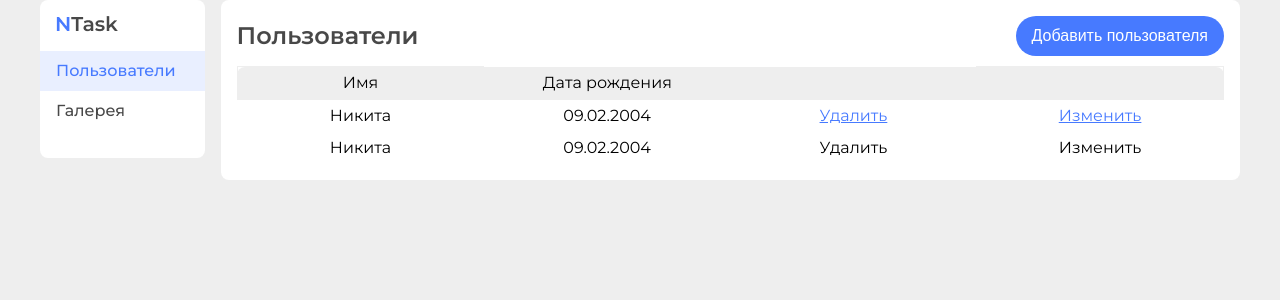
Repository: Grid-Master/NTask
Page: /
An editor plug-in stored every save of this project. The page is shown before and after the next save, followed by the edit.
The browser window is 1280 px wide. The pictures show the whole page.
The project was rebuilt for these pictures with package versions that can differ from the ones it lists, and the page was loaded fresh each time.

Above is the page before, as saved 2023-06-05 11:22:03.

### public/index.html
<!DOCTYPE html>
<html lang="en">
  <head>
    <meta charset="utf-8" />
    <link rel="icon" href="%PUBLIC_URL%/favicon.ico" />
    <meta name="viewport" content="width=device-width, initial-scale=1" />
    <meta name="theme-color" content="#000000" />
    <meta name="description" content="Web site created using create-react-app" />
    <link rel="apple-touch-icon" href="%PUBLIC_URL%/logo192.png" />
    <link rel="preconnect" href="https://fonts.googleapis.com" />
    <link rel="preconnect" href="https://fonts.gstatic.com" crossorigin />
    <link
      href="https://fonts.googleapis.com/css2?family=Montserrat:wght@300;400;500;600;700&display=swap"
      rel="stylesheet" />
    <link rel="manifest" href="%PUBLIC_URL%/manifest.json" />
    <title>React App</title>
  </head>
  <body>
    <noscript>You need to enable JavaScript to run this app.</noscript>
    <div id="root"></div>
  </body>
</html>

### src/index.css
html, body, div, span, applet, object, iframe,
h1, h2, h3, h4, h5, h6, p, blockquote, pre,
a, abbr, acronym, address, big, cite, code,
del, dfn, em, img, ins, kbd, q, s, samp,
small, strike, strong, sub, sup, tt, var,
b, u, i, center,
dl, dt, dd, ol, ul, li,
fieldset, form, label, legend,
table, caption, tbody, tfoot, thead, tr, th, td,
article, aside, canvas, details, embed,
figure, figcaption, footer, header, hgroup,
menu, nav, output, ruby, section, summary,
time, mark, audio, video {
	margin: 0;
	padding: 0;
	border: 0;
	font-size: 100%;
	font: inherit;
	vertical-align: baseline;
}
/* HTML5 display-role reset for older browsers */
article, aside, details, figcaption, figure,
footer, header, hgroup, menu, nav, section {
	display: block;
}
body {
	line-height: 1;
}
ol, ul {
	list-style: none;
}
blockquote, q {
	quotes: none;
}
blockquote:before, blockquote:after,
q:before, q:after {
	content: '';
	content: none;
}
table {
	border-collapse: collapse;
}
body {
  margin: 0;
  font-family: Montserrat;
  background: #EEEEEE;
  max-width: 1200px;
  margin: 0 auto;

}

code {
  font-family: source-code-pro, Menlo, Monaco, Consolas, 'Courier New',
    monospace;
}

### src/App.tsx
import './App.css';
import Navbar from './components/navabar/Navbar';
import UserList from './components/userList/UserList';

function App() {
  return (
    <div className="App">
      <Navbar />
      <UserList />
    </div>
  );
}

export default App;

### src/App.css
.App {
  display: flex;
  align-items:start;
  gap: 16px;
}

### src/components/navabar/Navbar.tsx
import { FC } from 'react';
import './navbar.sass';
const logo = require('../../images/logo.png');

const Navbar: FC = () => {
  return (
    <div className="navbar">
      <div className="navbar__imagecontainer">
        <img src={logo} alt="logo" />
      </div>
      <div className="navbar__item navbar__active">Пользователи</div>
      <div className="navbar__item">Галерея</div>
    </div>
  );
};

export default Navbar;

### src/components/userList/UserList.tsx
import React, { FC } from 'react';
import './userList.sass';

const UserList: FC = () => {
  return (
    <div className="userList">
      <div>
        <h1 className="userList__title">Пользователи</h1>
        <button className="userList__addUserBtn">Добавить пользователя</button>
      </div>
      <table className="userList__table">
        <tr className="userList__table-info">
          <td>Имя</td>
          <td>Дата рождения</td>
          <td></td>
          <td></td>
        </tr>
        <tr>
          <td>Никита</td>
          <td>09.02.2004</td>
          <td className="userList__table-btn">Удалить</td>
          <td className="userList__table-btn">Изменить</td>
        </tr>
        <tr>
          <td>Никита</td>
          <td>09.02.2004</td>
          <td>Удалить</td>
          <td>Изменить</td>
        </tr>
      </table>
    </div>
  );
};

export default UserList;

### src/components/navabar/navbar.sass
.navbar
    width: 200px
    height: 158px
    background: #FFFFFF
    border-radius: 8px
    &__imagecontainer
        padding: 16px 0
        margin-left: 16px
    &__item
        padding: 8px 16px
        cursor: pointer
        font-weight: 500
        font-size: 16px
        line-height: 150%
        color: #484848
    &__active
        background: #E9EFFF
        color: #477AFF

### src/components/userList/userList.sass
.userList
    width: 100%
    background: #FFFFFF
    border-radius: 8px
    padding: 16px
    >div
        display: flex
        align-items: center
        justify-content: space-between
    &__title
        font-weight: 600
        font-size: 24px
        line-height: 150%
        color: #484848
    &__addUserBtn
        font-weight: 500
        font-size: 16px
        line-height: 100%
        color: #FFFFFF
        background: #477AFF
        border-radius: 20px
        padding: 12px 16px
        border: none
        outline: none
        cursor: pointer
        transition: .3s
        &:hover
            opacity: .8
    &__table
        margin-top: 10px
        width: 100%
        td
            // border: 1px solid #EEEEEE
            width: 238px
            text-align: center
            padding: 8px 0
        &-btn
            cursor: pointer
            text-decoration-line: underline
            color: #477AFF
            transition: .2s
            &:hover
                opacity: .8
        tr:first-child td:first-child
            border: 1px solid #EEEEEE
            border-radius: 8px 0 0 0
        tr:first-child td:last-child
            border: 1px solid #EEEEEE
            border-radius: 0 8px 0 0
        &-info
            background-color: #EEEEEE
            border-radius: 8px !important

Loaded but not shown: src/index.tsx (common file)

After the next save:
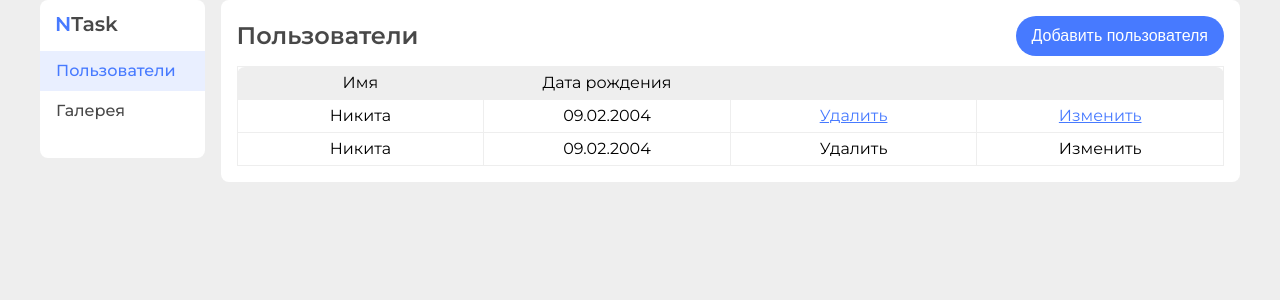
Saved 18 s later.
--- a/src/components/userList/userList.sass
+++ b/src/components/userList/userList.sass
@@ -30,7 +30,7 @@
         margin-top: 10px
         width: 100%
         td
-            // border: 1px solid #EEEEEE
+            border: 1px solid #EEEEEE
             width: 238px
             text-align: center
             padding: 8px 0
@@ -42,10 +42,8 @@
             &:hover
                 opacity: .8
         tr:first-child td:first-child
-            border: 1px solid #EEEEEE
             border-radius: 8px 0 0 0
         tr:first-child td:last-child
-            border: 1px solid #EEEEEE
             border-radius: 0 8px 0 0
         &-info
             background-color: #EEEEEE
